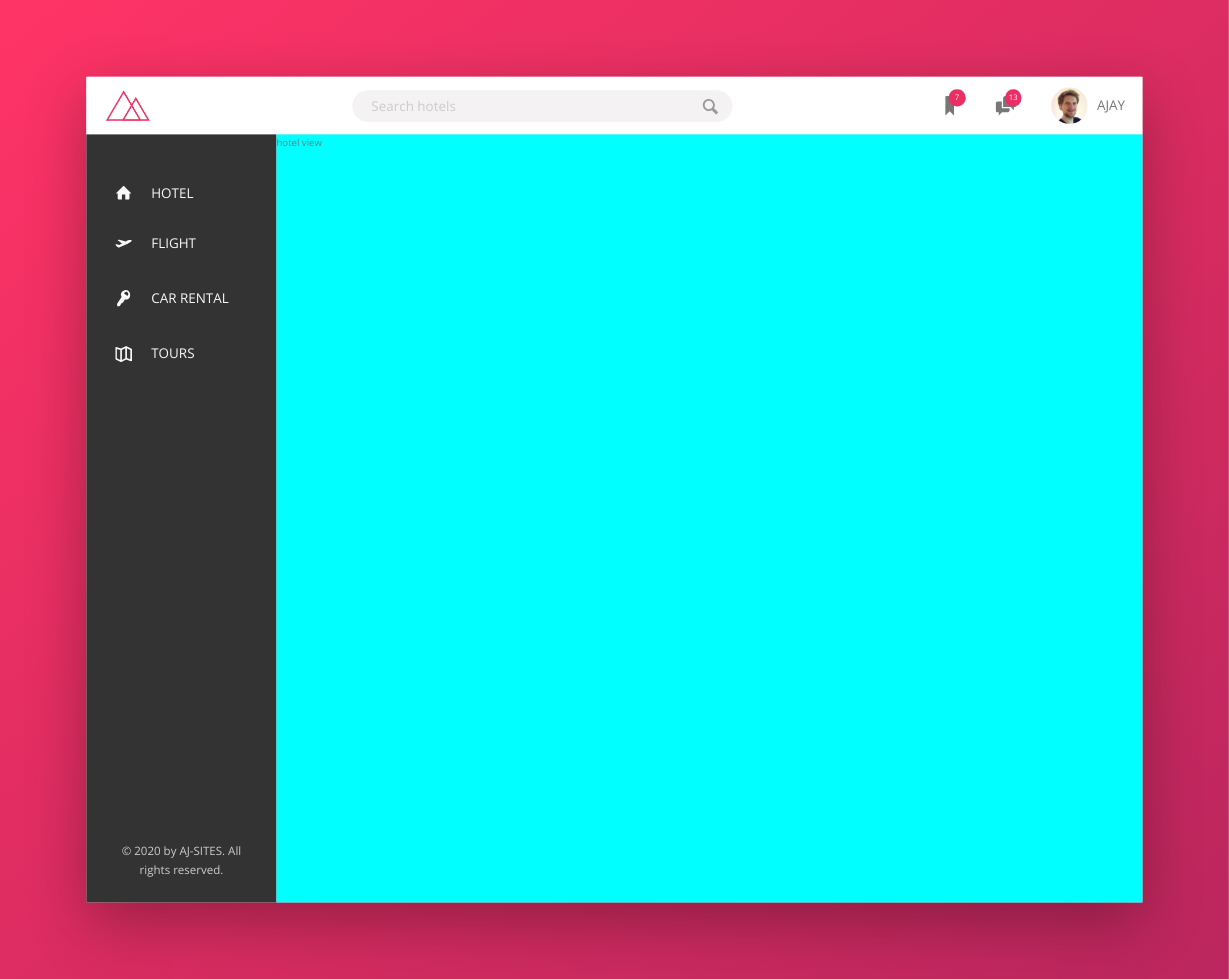
Repository: ajayaj2001/modern-Hotel
Page: /
The author's editor kept a copy of each file at every save. The page is drawn from the files as they stood at one save, then again after the next save.
The browser window is 1280 px wide. The pictures show the whole page, at 96% of full size.
The project was rebuilt for these pictures with package versions that can differ from the ones it lists, and the page was loaded fresh each time.

Above is the page before, as saved 2020-12-13 14:07:13.

After the next save:
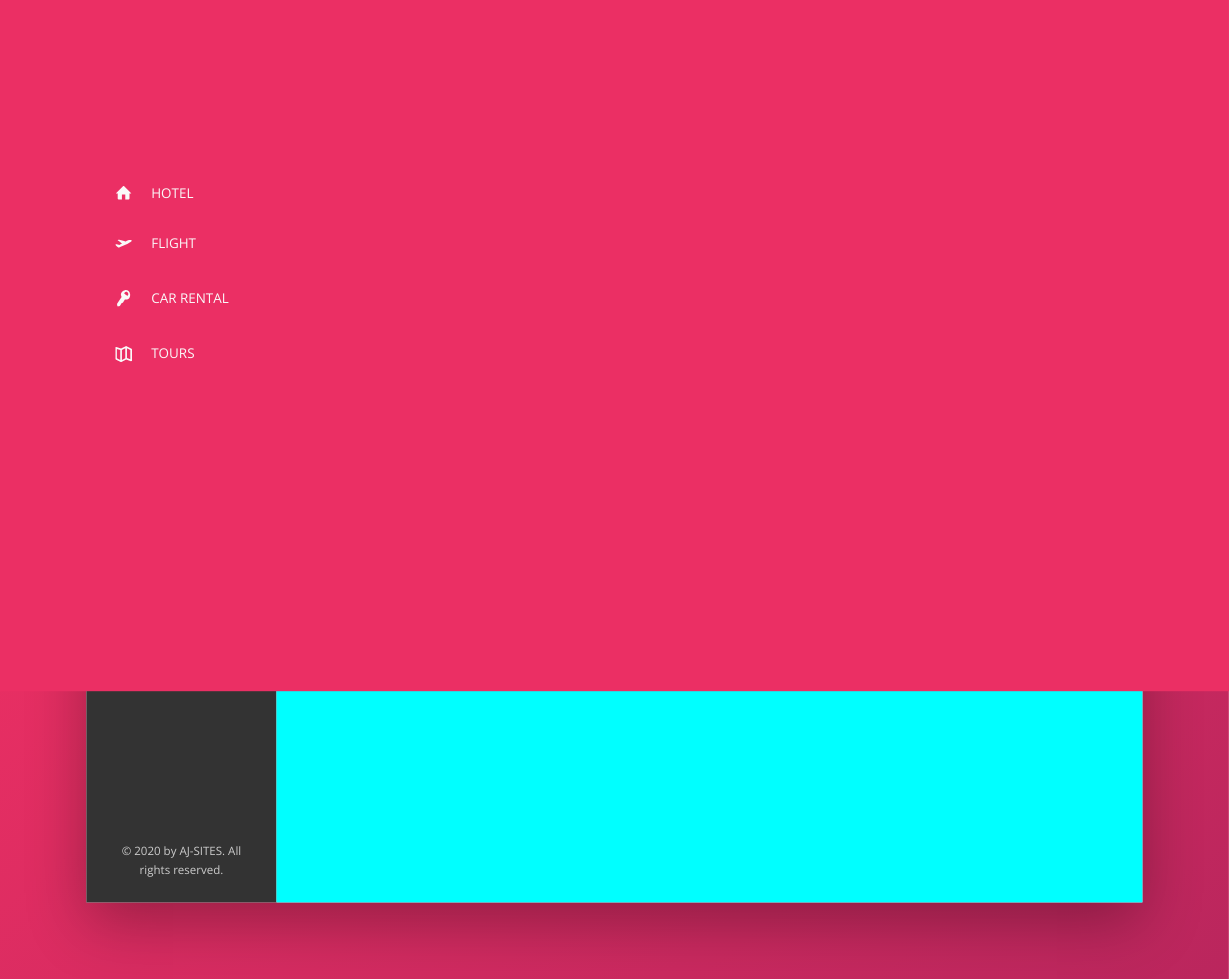
Saved 3 min 59 s later.
--- a/src/navigation/Navigation.scss
+++ b/src/navigation/Navigation.scss
@@ -15,7 +15,8 @@
             margin-bottom: 0.5rem;
         }
     }
-    &__item::before {
+    &__item::before,
+    &__item--active::before {
         content: "";
         position: absolute;
         top: 0;

After the save that followed:
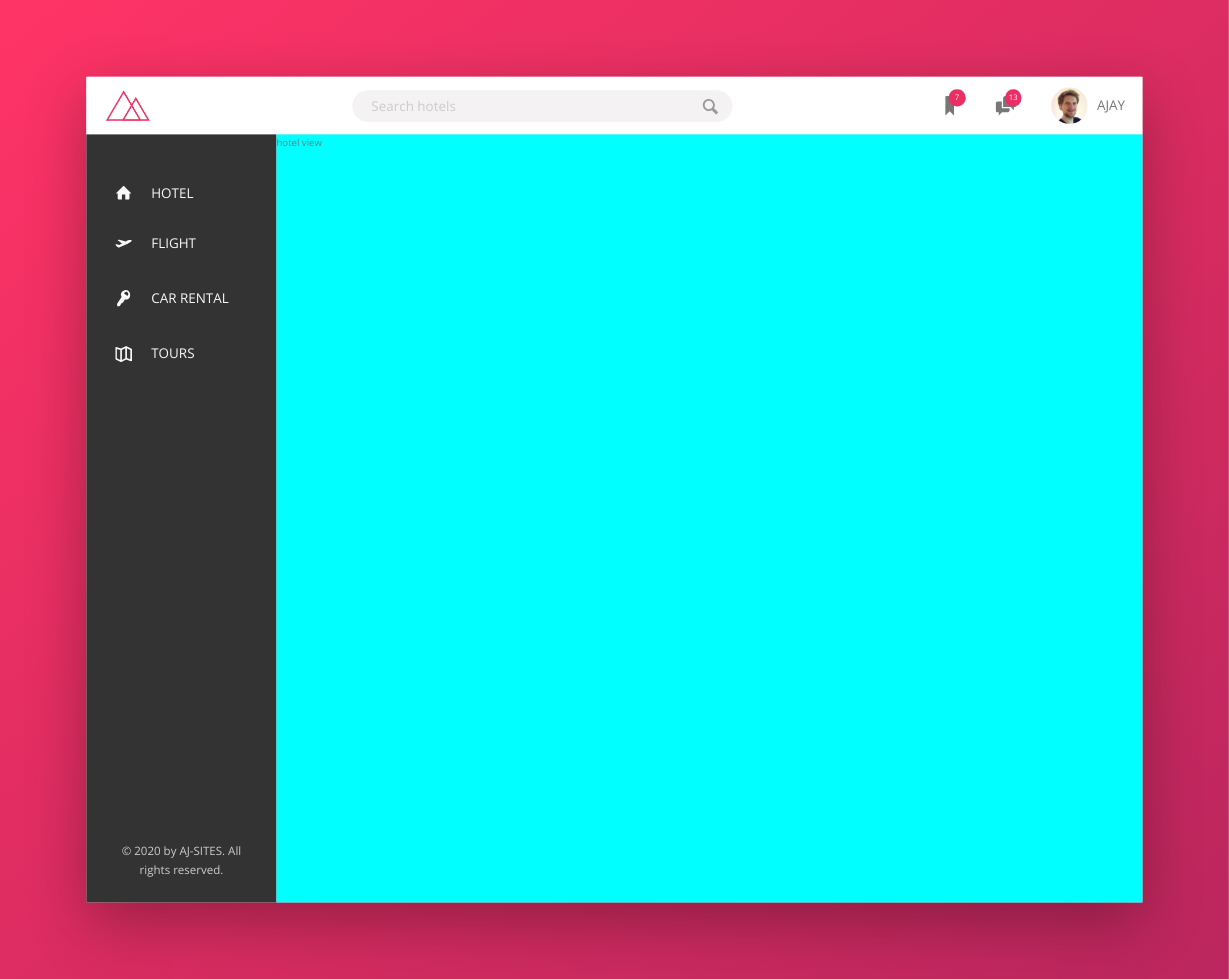
Saved 12 s later.
--- a/src/navigation/Navigation.scss
+++ b/src/navigation/Navigation.scss
@@ -15,8 +15,7 @@
             margin-bottom: 0.5rem;
         }
     }
-    &__item::before,
-    &__item--active::before {
+    &__item::before {
         content: "";
         position: absolute;
         top: 0;
